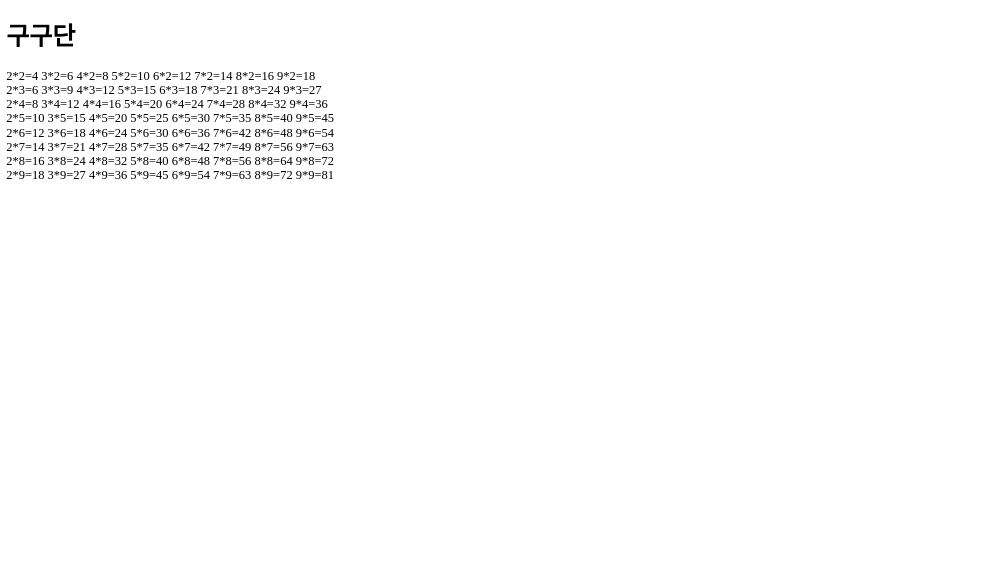
Repository: ohseung-web/Jsp2026
Page: http://localhost/chapter01/test02.jsp
The author's editor kept a copy of each file at every save. The page is drawn from the files as they stood at one save, then again after the next save.
The browser window is 1280 px wide. The pictures show the whole page, at 78% of full size.
The page is served by Tomcat 9.

Above is the page before, as saved 2026-10-16 04:14:47.

After the next save:
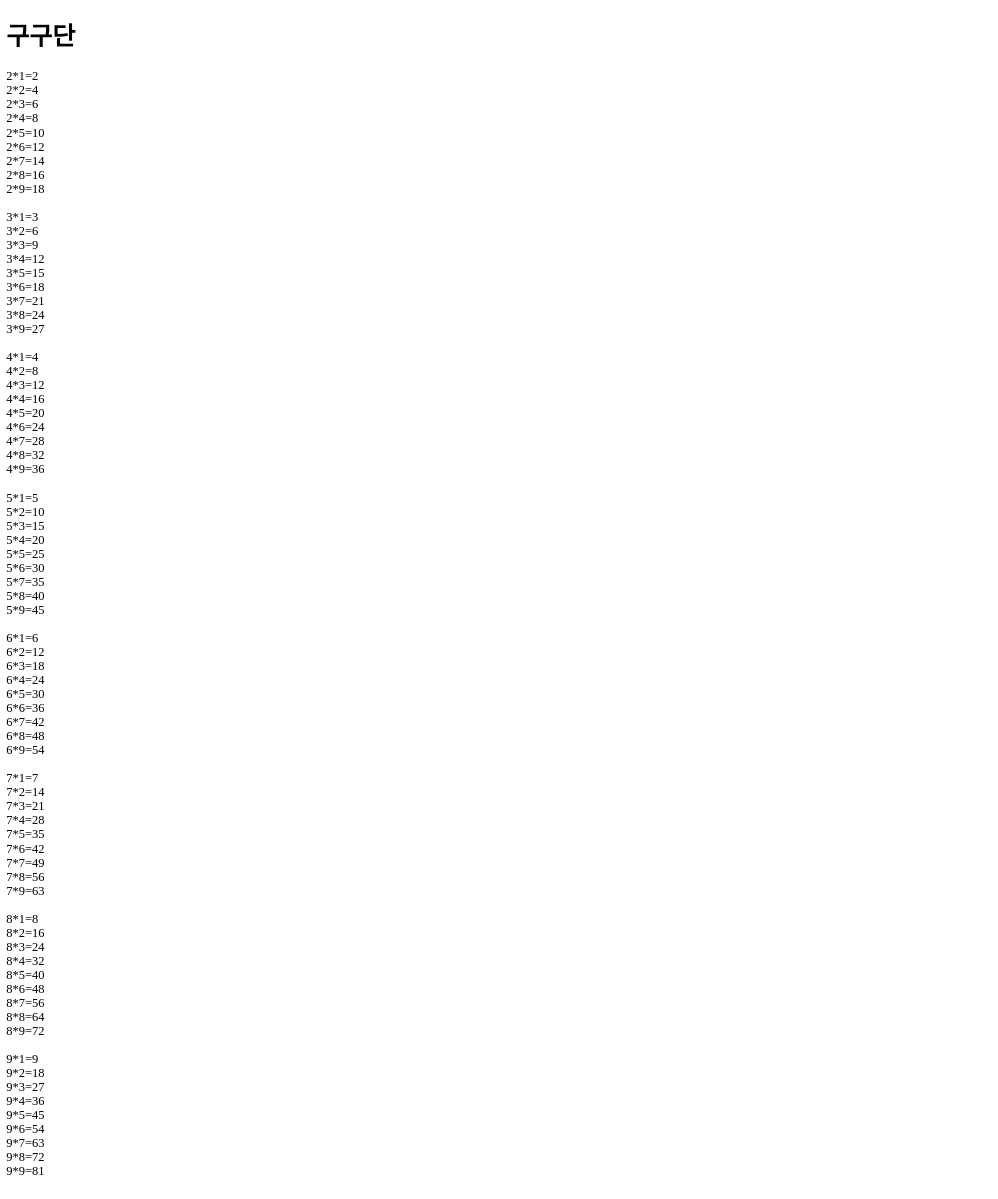
Saved 28 s later.
--- a/chapter01/src/main/webapp/test02.jsp
+++ b/chapter01/src/main/webapp/test02.jsp
@@ -10,9 +10,9 @@
 		<!-- 구구단 2단 ~ 9단까지 모두 출력할 것  -->
 		<h1>구구단</h1>
 		<% for(int i=2; i<=9; i++){
-			  for(int j=2; j<=9; j++){
+			  for(int j=1; j<=9; j++){
 		%>
-		  	<%=j%>*<%=i%>=<%= i*j %>
+		  	<%=i%>*<%=j%>=<%= i*j %><br/>
 		  	<%-- <%=i+"*"+j+"="+ i*j %><br/> --%>
 		<% }%><br/>
 		<% } %>
